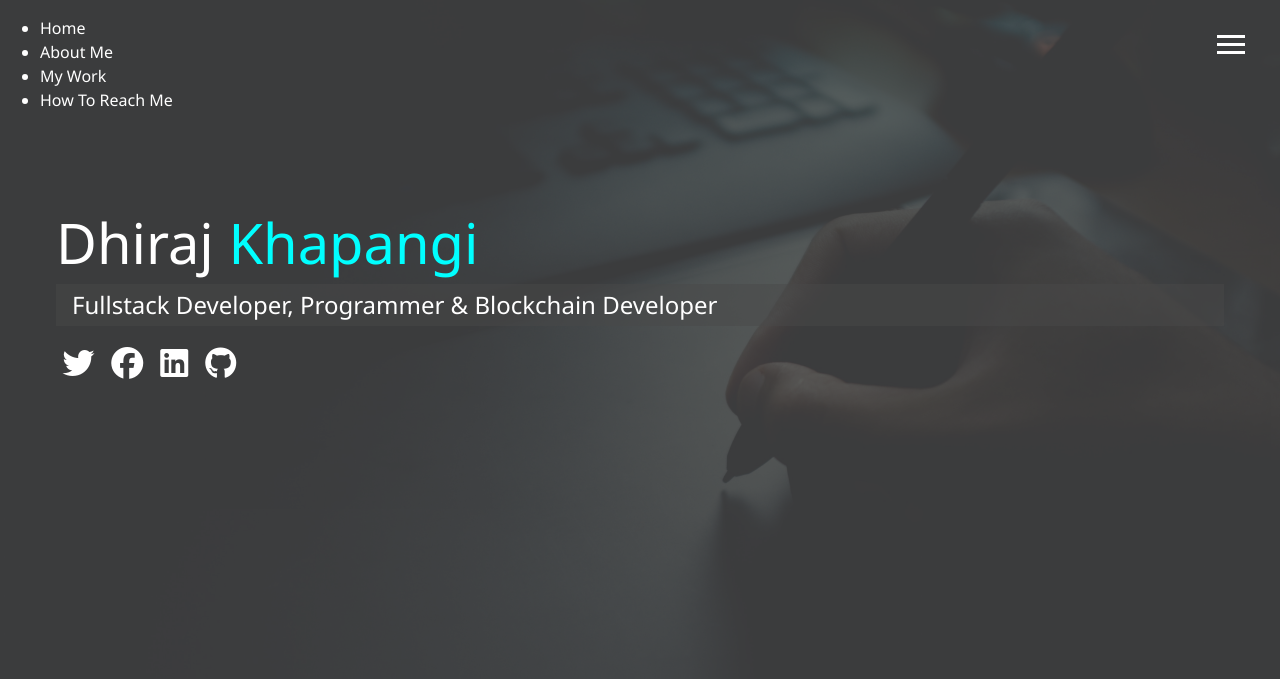
Repository: dhiraj13/modern_portfolio
Page: dist/index.html
The author's editor kept a copy of each file at every save. The page is drawn from the files as they stood at one save, then again after the next save.
The browser window is 1280 px wide. The pictures show the whole page.
Some web libraries are served in a nearby version. The style sheet was rebuilt from its Sass, Less or Tailwind sources for each picture, by a compiler version that may differ from the author's.

Above is the page before, as saved 2020-02-01 19:12:22.

### dist/index.html
<!DOCTYPE html>
<html lang="en">
	<head>
		<meta charset="UTF-8" />
		<meta name="viewport" content="width=device-width, initial-scale=1.0" />
		<meta http-equiv="X-UA-Compatible" content="ie=edge" />
		<link rel="stylesheet" href="css/main.css" />
		<script
			src="https://kit.fontawesome.com/48fd9e03c9.js"
			crossorigin="anonymous"
		></script>
		<title>Welcome To My Portfolio</title>
	</head>
	<body id="bg-img">
		<header>
			<div class="menu-btn">
				<div class="btn-line"></div>
				<div class="btn-line"></div>
				<div class="btn-line"></div>
			</div>

			<nav class="menu">
				<div class="menu-branding">
					<div class="portrait"></div>
				</div>
				<ul class="menu-nav">
					<li class="nav-item">
						<a href="/" class="nav-link">
							Home
						</a>
					</li>
					<li class="nav-item">
						<a href="/about.html" class="nav-link">
							About Me
						</a>
					</li>
					<li class="nav-item">
						<a href="/work.html" class="nav-link">
							My Work
						</a>
					</li>
					<li class="nav-item">
						<a href="/contact.html" class="nav-link">
							How To Reach Me
						</a>
					</li>
				</ul>
			</nav>
		</header>

		<main id="home">
			<h1 class="lg-heading">
				Dhiraj <span class="text-secondary">Khapangi</span>
			</h1>
			<h2 class="sm-heading">
				Fullstack Developer, Programmer & Blockchain Developer
			</h2>
			<div class="icons">
				<a href="#!">
					<i class="fab fa-twitter fa-2x"></i>
				</a>
				<a href="#!">
					<i class="fab fa-facebook fa-2x"></i>
				</a>
				<a href="#!">
					<i class="fab fa-linkedin fa-2x"></i>
				</a>
				<a href="#!">
					<i class="fab fa-github fa-2x"></i>
				</a>
			</div>
		</main>
		<script src="js/main.js"></script>
	</body>
</html>

### dist/js/main.js
// Select DOM Items
const menuBtn = document.querySelector('.menu-btn');
const menu = document.querySelector('.menu');
const menuBranding = document.querySelector('.menu-branding');
const menuNav = document.querySelector('.menu-nav');
const navItems = document.querySelectorAll('.nav-item');

// Set Initial State Of Menu
let showMenu = false;

menuBtn.addEventListener('click', toggleMenu);

function toggleMenu() {
	if (!showMenu) {
		menuBtn.classList.add('close');
		menu.classList.add('show');
		menuBranding.classList.add('show');
		menuNav.classList.add('show');
		navItems.forEach(item => item.classList.add('show'));

		// Set Menu State
		showMenu = true;
	} else {
		menuBtn.classList.remove('close');
		menu.classList.remove('show');
		menuBranding.classList.remove('show');
		menuNav.classList.remove('show');
		navItems.forEach(item => item.classList.remove('show'));

		// Set Menu State
		showMenu = false;
	}
}

### scss/main.scss
@import 'config';
@import 'menu';

* {
	box-sizing: border-box;
}

body {
	@include background;
	background: $primary-color;
	color: #fff;
	height: 100%;
	margin: 0;
	font-family: 'Segoe UI', Tahoma, Geneva, Verdana, sans-serif;
	line-height: 1.5;
}

// Headings
h1,
h2,
h3 {
	margin: 0;
	font-weight: 400;

	&.lg-heading {
		font-size: 3.5rem;
	}

	&.sm-heading {
		margin-bottom: 1.3rem;
		padding: 0.2rem 1rem;
		background: rgba(lighten($primary-color, 2), 0.5);
	}
}

a {
	color: #fff;
	text-decoration: none;
}

header {
	position: fixed;
	z-index: 2;
	width: 100%;
}

.text-secondary {
	color: $secondary-color;
}

main {
	padding: 3.5rem;
	height: 100%;

	.icons {
		margin-top: 1rem;

		a {
			padding: 0.4rem;

			&:hover {
				color: $secondary-color;
				@include easeOut();
			}
		}
	}

	&#home {
		overflow: hidden;
		h1 {
			margin-top: 20vh;
		}
	}
}

### scss/_config.scss
$primary-color: #444;
$secondary-color: #0ff;
$show-home-image: true;
$home-image: url(../img/background.jpg);
$background-opacity: 0.8;

@mixin easeOut {
	transition: all 0.5s ease-out;
}

@mixin background {
	@if $show-home-image {
		&#bg-img {
			background: $home-image;
			background-attachment: fixed;
			background-size: cover;

			&:after {
				content: '';
				position: absolute;
				top: 0;
				right: 0;
				width: 100%;
				height: 100%;
				z-index: -1;
				background: rgba($primary-color, $background-opacity);
			}
		}
	}
}

### scss/_menu.scss
// Menu Button
.menu-btn {
	position: absolute;
	z-index: 3;
	right: 35px;
	top: 35px;
	cursor: pointer;
	@include easeOut;

	.btn-line {
		width: 28px;
		height: 3px;
		margin: 0 0 5px 0;
		background: #fff;
		@include easeOut;
	}

	// Rotate Into X With Menu Lines
	&.close {
		transform: rotate(180deg);

		.btn-line {
			// Line 1 - Rotate
			&:nth-child(1) {
				transform: rotate(45deg) translate(5px, 5px);
				background: $secondary-color;
			}

			// Line 2 - Hide
			&:nth-child(2) {
				opacity: 0;
			}

			// Line 3 - Rotate
			&:nth-child(3) {
				transform: rotate(-45deg) translate(7px, -6px);
				background: $secondary-color;
			}
		}
	}
}

After the next save:
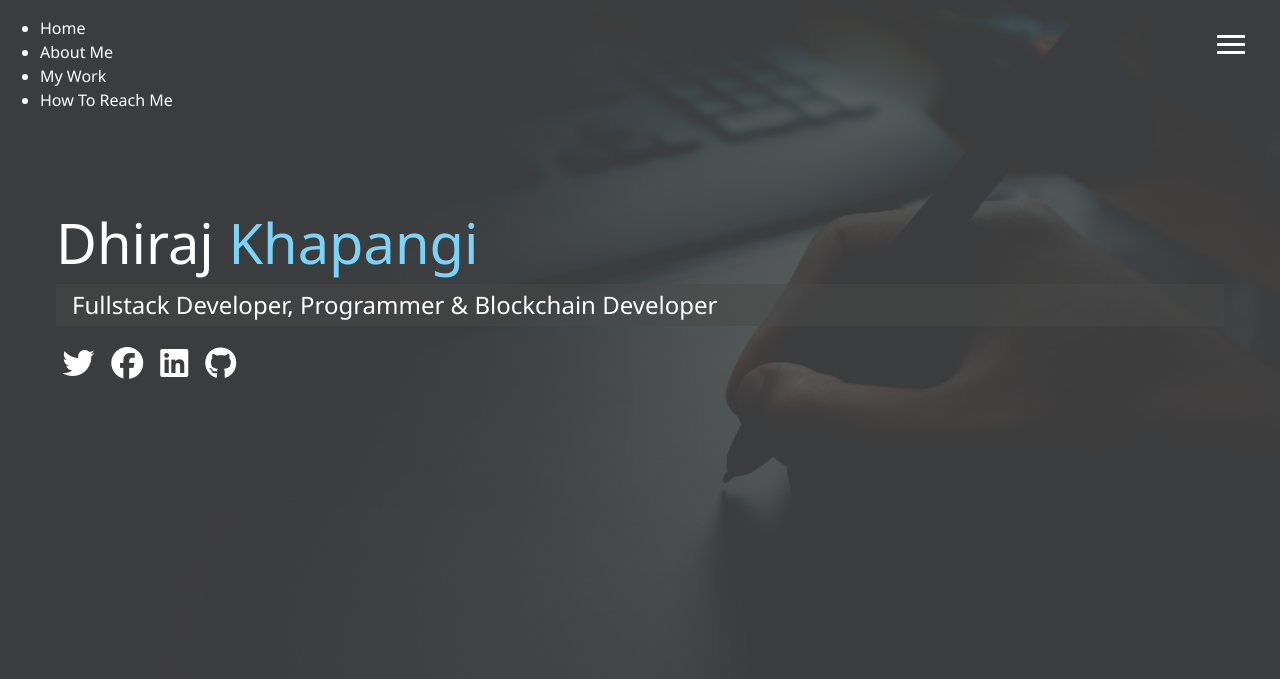
Saved 37 s later.
--- a/scss/_config.scss
+++ b/scss/_config.scss
@@ -1,5 +1,5 @@
 $primary-color: #444;
-$secondary-color: #0ff;
+$secondary-color: #7bd3f7;
 $show-home-image: true;
 $home-image: url(../img/background.jpg);
 $background-opacity: 0.8;
